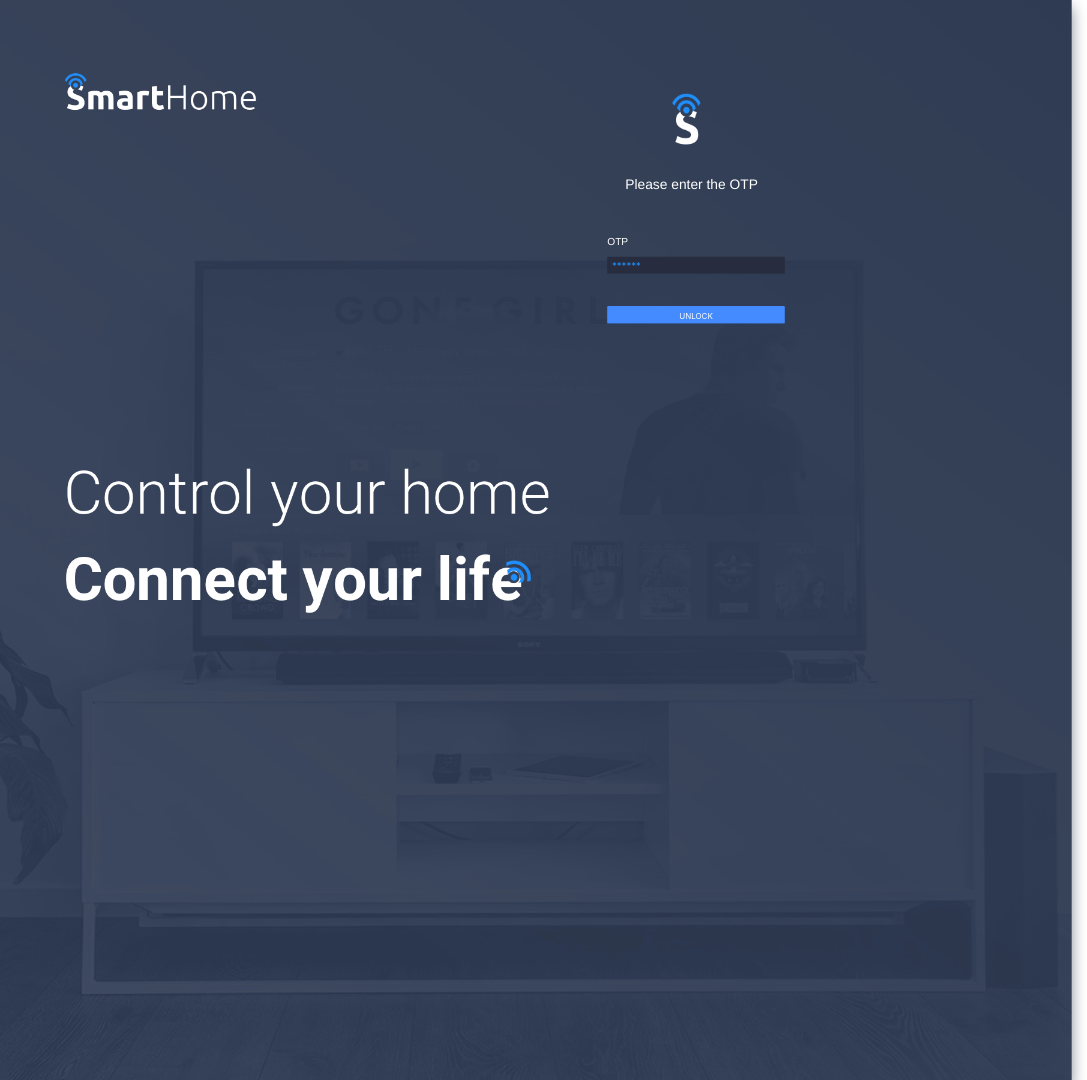
Repository: aba450/smart-door
Page: / (app in S3/smart-door-visitor/)
An editor plug-in stored every save of this project. The page is shown before and after the next save, followed by the edit.
The browser window is 1280 px wide. The page is 1812 px wide, then 1308 px, so the pictures cover 1812 px, including what lies to the right of the window. The pictures show the whole page, at 60% of full size.
The project was rebuilt for these pictures with package versions that can differ from the ones it lists, and the page was loaded fresh each time.

Above is the page before, as saved 2020-03-17 20:47:54.

### S3/smart-door-visitor/src/App.js
import React from 'react';
import './App.css';
import Camera_ON from './Camera_ON.jpg'
import SLogo from './SLogo.png'
import Left from './Left.png'

function App() {



  return (
    <div className="App">
    <img src={Left} className="Left-img"/>

      {/* <img src={Camera_ON} className="Camera-logo"/>  */}
      <img src={SLogo} className="S-logo"/>
      <label className="text-label">Please enter the OTP</label>
       <label className="otp-label">OTP</label>
        <input type="text" className="otp-input" placeholder="******"></input>
        <button className="unlock-button">UNLOCK</button>
    </div>
  );
}

export default App;

### S3/smart-door-visitor/src/App.css
.App {
  text-align: center;
  background-color: #343d54;
  min-height: 100vh;
  display: flex;
  flex-direction: column;
  font-size: calc(10px + 2vmin);
  color: white;
}

.Camera-logo {
  position: absolute;
  height: 100px;
  width: 100px;
  left: 53px;
  top: 241px;
}

.S-logo {
  position: absolute;
  height: 86px;
  width: 48px;
  left: 1120px;
  top: 155px;
}

.Left-img {
  position: absolute;
  top: 0px;
  left: 0px;;
}

.text-label {
  position: absolute;
  font-family:Helvetica;
  font-size:23px;
  color:#ffffff;
  letter-spacing:0;
  text-align:left;
  left:1042px;
  top:294px;
}

.otp-label {
  position: absolute;
  font-family:Helvetica;
  font-size:17px;
  color:#ffffff;
  letter-spacing:0;
  text-align:left;
  left:1012px;
  top:394px;
}

.otp-input {
  color:#1f8efa;
  background-color: #272d3f;
  letter-spacing:0;
  text-align:left;
  position: absolute;
  left:1012px;
  top:428px;
}

::placeholder {
  color:#1f8efa;
}

.unlock-button {
  position: absolute;
  background-color: #438bff;
  left:1012px;
  top:510px;
}

input {
    -webkit-appearance: none;
    appearance: none;
    margin: auto;
    max-width: 280px;
    border-radius: 2px;
    border: 0;
    overflow: hidden;
    width: 100%;
    font-family:-apple-system, BlinkMacSystemFont, 'Segoe UI', Roboto, Oxygen, Ubuntu, Cantarell, 'Open Sans', 'Helvetica Neue', sans-serif;
    padding: 8px 8px 8px 8px;
    height: 12px;
    font-size: 16px;
    font-weight: 400;
    box-shadow: inset 0 -1px 0  #272d3f;
    transition: all .15s ease;
}

button {
  height: 30px;
  max-width: 296px;
  margin: auto;
  width: 100%;
  color: white;
  font-family:-apple-system, BlinkMacSystemFont, 'Segoe UI', Roboto, Oxygen, Ubuntu, Cantarell, 'Open Sans', 'Helvetica Neue', sans-serif;
  border-radius: 2px;
  border: 0;
  padding: 8px 8px 8px 8px;
  box-shadow: inset 0 -1px 0  #272d3f;
    transition: all .15s ease;
}

Loaded but not shown: S3/smart-door-visitor/public/index.html (common file); S3/smart-door-visitor/src/index.js (common file); S3/smart-door-visitor/src/index.css (common file); S3/smart-door-visitor/src/serviceWorker.js (common file)

After the next save:
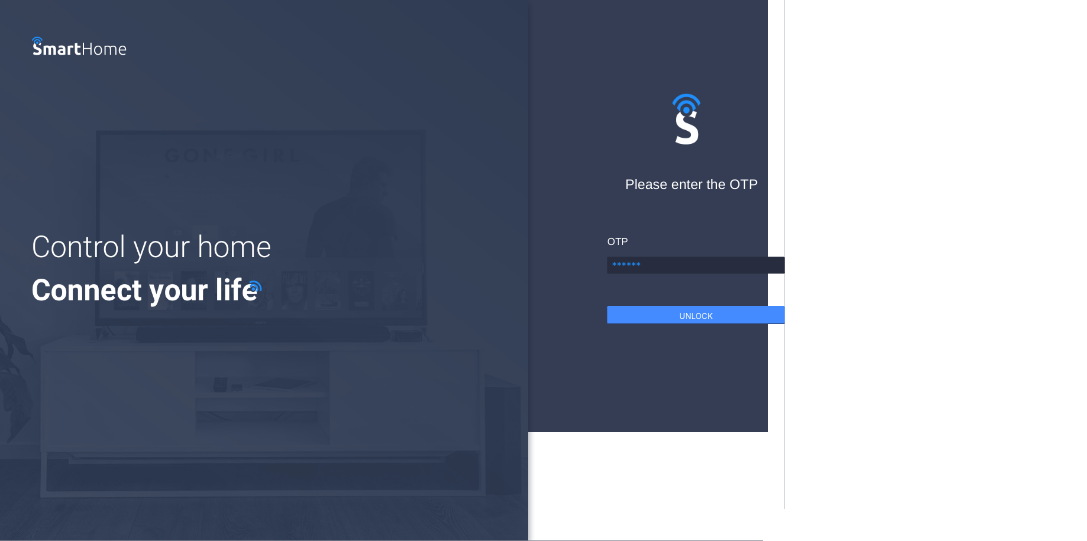
Saved 49 s later.
--- a/S3/smart-door-visitor/src/App.css
+++ b/S3/smart-door-visitor/src/App.css
@@ -27,7 +27,9 @@
 .Left-img {
   position: absolute;
   top: 0px;
-  left: 0px;;
+  left: 0px;
+  height: 901px;
+  width: 893px;
 }
 
 .text-label {
